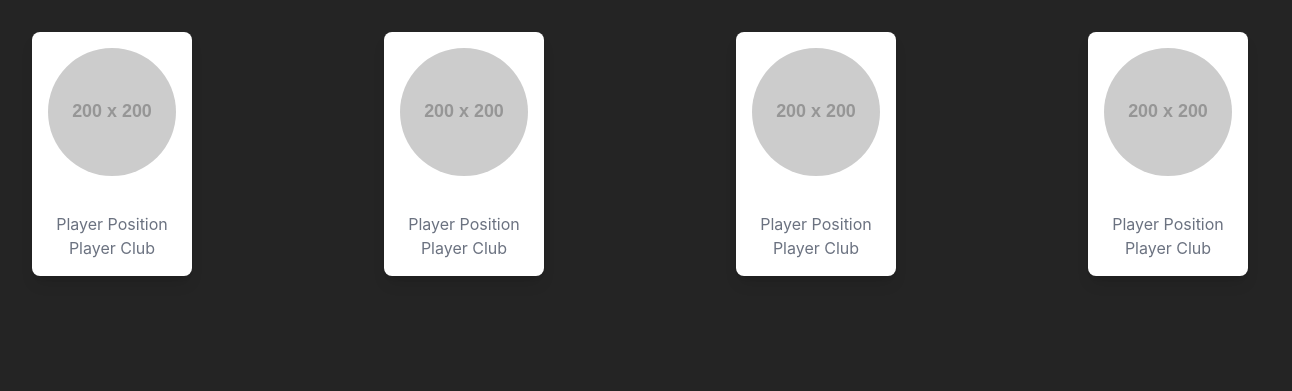
Repository: Hadra92i/movies-search-app
Page: /
The author's editor kept a copy of each file at every save. The page is drawn from the files as they stood at one save, then again after the next save.
The browser window is 1280 px wide. The page is 1280 px wide, then 1292 px, then 1280 px, so the pictures cover 1292 px, including what lies to the right of the window. The pictures show the whole page.
The project was rebuilt for these pictures with package versions that can differ from the ones it lists, and the page was loaded fresh each time. Also part of the build but not shown: vite.config.js.

Above is the page before, as saved 2023-11-01 11:56:59.

### index.html
<!doctype html>
<html lang="en">
  <head>
    <meta charset="UTF-8" />
    <link rel="icon" type="image/svg+xml" href="/vite.svg" />
    <meta name="viewport" content="width=device-width, initial-scale=1.0" />
    <title>Players SearchApp</title>
  </head>
  <body>
    <div id="root"></div>
    <script type="module" src="/src/main.jsx"></script>
  </body>
</html>

### src/main.jsx
import ReactDOM from 'react-dom/client'
import App from './App.jsx'
import './index.css'
import { Provider } from 'react-redux'
import { store } from './redux/store.js'

ReactDOM.createRoot(document.getElementById('root')).render(
  <Provider store={store}>
    <App />
  </Provider>,
)

### src/App.jsx

import './App.css'
import Players from './components/player/Players'

function App() {

  return (
    <>
      <Players/>
    </>
  )
}

export default App

### src/index.css
:root {
  font-family: Inter, system-ui, Avenir, Helvetica, Arial, sans-serif;
  line-height: 1.5;
  font-weight: 400;

  color-scheme: light dark;
  color: rgba(255, 255, 255, 0.87);
  background-color: #242424;

  font-synthesis: none;
  text-rendering: optimizeLegibility;
  -webkit-font-smoothing: antialiased;
  -moz-osx-font-smoothing: grayscale;
  -webkit-text-size-adjust: 100%;
}

@tailwind base;
@tailwind components;
@tailwind utilities;

### src/redux/store.js
import { configureStore } from "@reduxjs/toolkit";
import playerReducer from "./features/playerSlice";

export const store = configureStore({
    reducer: {
        player: playerReducer,
    },
    devTools: true,
});

### src/components/player/Players.jsx
// eslint-disable-next-line no-unused-vars
import React from "react";
import PlayerCard from "./PlayerCard";

const Players = () => {
    const players = [
        { name: "John", age: 25, cardPlayer: true, id: 1 },
        { name: "Jane", age: 30, cardPlayer: false, id: 2 },
        { name: "Bob", age: 20, cardPlayer: true, id: 3 },
        { name: "Mary", age: 27, cardPlayer: false, id: 4 }
    ];

    return (
        <div className="flex justify-between items-center">
             {
                players.map(player => {
                    return <PlayerCard
                    key={player.id}
                    name={player.name}
                    age={player.age}
                    />
                })
             }
        </div>
    );
}

export default Players;

### src/redux/features/playerSlice.js
import { createAsyncThunk, createSlice } from "@reduxjs/toolkit";
import PlayerService from "../../services/playerService";

const initialState = [];

export const getAllPlayers = createAsyncThunk(
    "players/getAllPlayers",
    async () => {
        const response = await PlayerService.getAllPlayers();
        return response.data;
    }
);

export const playerSlice = createSlice({
    name: "player",
    initialState,
    reducers: {},
    extraReducers: {
        [getAllPlayers.fulfilled]: (state, action) => {
            return [...action.payload];
        },
    },
});

export default playerSlice.reducer;

### src/components/player/PlayerCard.jsx
// eslint-disable-next-line no-unused-vars
import React from "react";

const PlayerCard = () => {
    return (
        <div className="bg-white rounded-lg shadow-lg p-4 w-">
            <img
                className="w-32 h-32 rounded-full mx-auto"
                src="https://via.placeholder.com/200"
                alt="Player Avatar"
            />
            <div className="text-center mt-2">
                <h3 className="text-lg font-medium">Player Name</h3>
                <p className="text-gray-500">Player Position</p>
                <p className="text-gray-500">Player Club</p>
            </div>
        </div>
    );
};

export default PlayerCard;

### src/services/playerService.js
// eslint-disable-next-line no-unused-vars
import axiosObj from "../http-common";

const getAllPlayers = () => {
    return axiosObj.get("/players");
};

const PlayerService = {
    getAllPlayers,
};

export default PlayerService;

### src/http-common.js
import axios from "axios";

const API_KEY = "9d2758a612msh2661c98a1972a2cp155232jsn62f754d1238a";
const BASE_URL = "https://api-football-v1.p.rapidapi.com/v3";

const axiosObj = axios.create({
    baseURL: BASE_URL,
    headers: {
        "x-rapidapi-key": API_KEY,
        "x-rapidapi-host": "api-football-v1.p.rapidapi.com",
    },
});

export default axiosObj;

Loaded but not shown: src/App.css (common file); tailwind.config.js (common file)

After the next save:
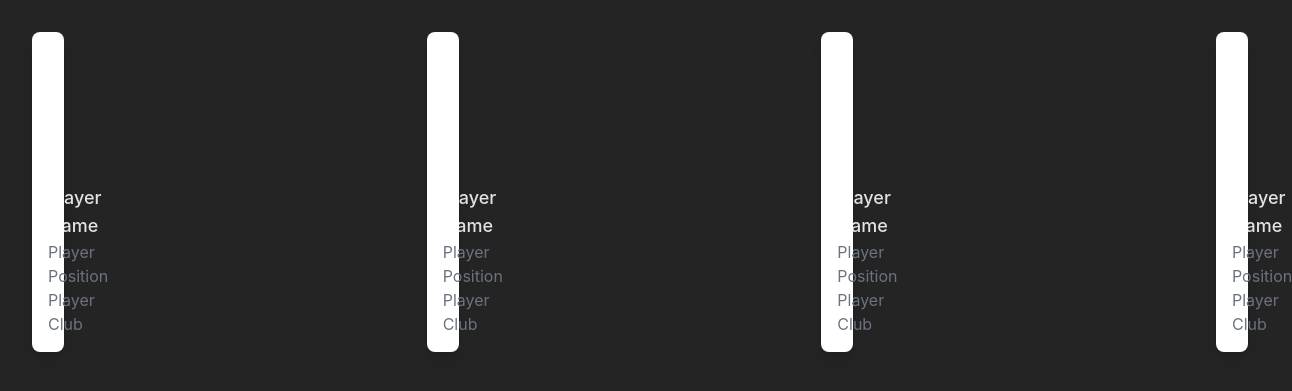
Saved 5 s later.
--- a/src/components/player/PlayerCard.jsx
+++ b/src/components/player/PlayerCard.jsx
@@ -3,7 +3,7 @@
 
 const PlayerCard = () => {
     return (
-        <div className="bg-white rounded-lg shadow-lg p-4 w-">
+        <div className="bg-white rounded-lg shadow-lg p-4 w-1">
             <img
                 className="w-32 h-32 rounded-full mx-auto"
                 src="https://via.placeholder.com/200"

After the 2 saves that followed:
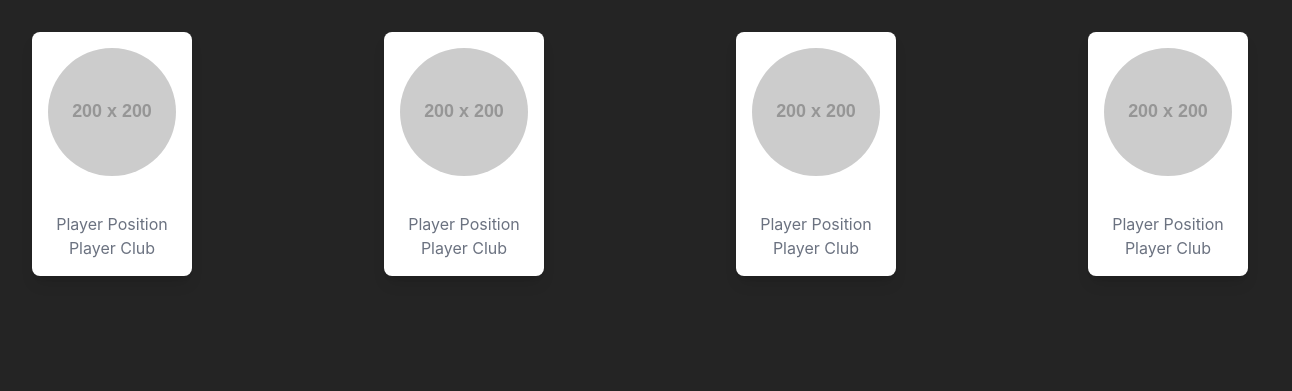
The 2 saves are shown as one change because they came seconds apart.
The last was saved 9 s later.
--- a/src/components/player/PlayerCard.jsx
+++ b/src/components/player/PlayerCard.jsx
@@ -3,7 +3,7 @@
 
 const PlayerCard = () => {
     return (
-        <div className="bg-white rounded-lg shadow-lg p-4 w-1">
+        <div className="bg-white rounded-lg shadow-lg p-4 w-100">
             <img
                 className="w-32 h-32 rounded-full mx-auto"
                 src="https://via.placeholder.com/200"
